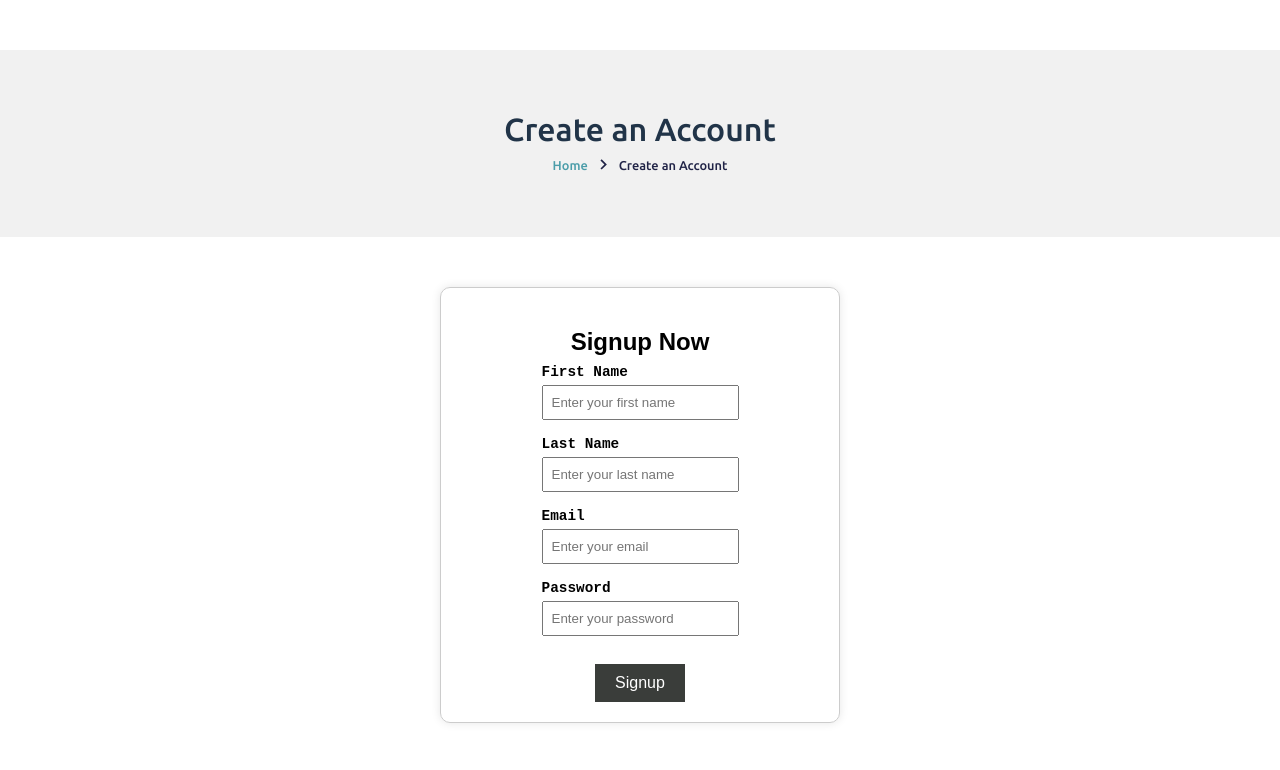
Repository: jkvekariya/Online-store-Management
Page: /auth/signup (app in frontend/client/)
An editor plug-in stored every save of this project. The page is shown before and after the next save, followed by the edit.
The browser window is 1280 px wide. The pictures show the whole page.
Some web fonts or font styles are not loaded; a fallback is used. The project was rebuilt for these pictures with package versions that can differ from the ones it lists, and the page was loaded fresh each time. Also part of the build but not shown: frontend/client/vite.config.js, frontend/client/src/css/header.css, frontend/client/src/css/sidebar.css, frontend/client/src/components/Sidebar.jsx, frontend/client/src/context/CartContext.jsx, frontend/client/src/components/Header.jsx, frontend/client/src/css/footer.css, frontend/client/src/components/Footer.jsx and 11 more.

Above is the page before, as saved 2026-01-02 13:49:26.

### frontend/client/index.html
<!doctype html>
<html lang="en">
  <head>
    <meta charset="UTF-8" />
    <link rel="icon" type="image/svg+xml" href="/vite.svg" />
    <meta name="viewport" content="width=device-width, initial-scale=1.0" />
    <title>Online Store Management System</title>
  </head>
  <body>
    <div id="root"></div>
    <script type="module" src="/src/main.jsx"></script>
  </body>
</html>

### frontend/client/src/main.jsx
import React from 'react'
import ReactDOM from 'react-dom/client'
import { BrowserRouter } from 'react-router-dom'
import App from './App.jsx'
import './index.css'

ReactDOM.createRoot(document.getElementById('root')).render(
  <React.StrictMode>
    <BrowserRouter>
      <App />
    </BrowserRouter>
  </React.StrictMode>,
)

### frontend/client/src/App.jsx
import { Routes, Route } from "react-router-dom";

import AuthLayout from "./layout/AuthLayout";
import UserLayout from "./layout/UserLayout";
import AdminLayout from "./layout/AdminLayout";

import Login from "./pages/auth/Login";
import Signup from "./pages/auth/Signup";
import Home from "./pages/user/Home";
import Dashboard from "./pages/admin/Dashboard";
import Contact from "./pages/user/Contact";
import About from "./pages/user/About";
import Services from "./pages/user/Services";
import Shop from "./pages/user/Shop";

function App() {
  return (
    <Routes>

      {/* AUTH ROUTES */}
      <Route path="/auth" element={<AuthLayout />}>
        <Route path="login" element={<Login />} />
        <Route path="signup" element={<Signup />} />
      </Route>

      {/* USER ROUTES */}
      <Route path="/" element={<UserLayout />}>
        <Route index element={<Home />} />
        <Route path="pages/user/contact" element={<Contact />} />
        <Route path="pages/user/about" element={<About />} />
        <Route path="pages/user/services" element={<Services />} />
        <Route path="pages/user/shop" element={<Shop />} />
      </Route>

      {/* ADMIN ROUTES */}
      <Route path="/admin" element={<AdminLayout />}>
        <Route path="dashboard" element={<Dashboard />} />
      </Route>

    </Routes>
  );
}

export default App;

### frontend/client/src/index.css
* {
  margin: 0;
  padding: 0;
  box-sizing: border-box;
}

#root {
  min-height: 100vh;
}

### frontend/client/src/layout/AuthLayout.jsx
import { Outlet } from "react-router-dom";

const AuthLayout = () => {
  return (
    <div>
      {/* <h2>Auth Section</h2> */}
      <Outlet />
    </div>
  );
};

export default AuthLayout;

### frontend/client/src/pages/auth/Signup.jsx
import React, { useState } from 'react'
import "../../css/signup.css"
import Bodyheader from '../../components/BodyHeader';

const Signup = () => {

    const [email,setEMail] = useState("");
    const [password,setPassword] = useState("");
    const [firstName,setFirstName] = useState("");
    const [lastName,setLastName] = useState("");

  return (
    <>
    <Bodyheader title="Create an Account" />
    <div className='main-container'>
      <h2>Signup Now</h2>
      <div className='first-name-box'>
            <label htmlFor="text">First Name</label>
            <input type="text"
            id="first-name"
            value={firstName}
            onChange={(e) => setFirstName(e.target.value)}
            placeholder='Enter your first name'
            />
        </div>
        <div className='last-name-box'>
            <label htmlFor="text">Last Name</label>
            <input type="text"
            id="last-name"
            value={lastName}
            onChange={(e) => setLastName(e.target.value)}
            placeholder='Enter your last name'
            />
        </div>
        <div className='email-box'>
            <label htmlFor="email">Email</label>
            <input type="email"
            id="email"
            value={email}
            onChange={(e) => setEMail(e.target.value)}
            placeholder='Enter your email'
            />
        </div>
        <div className='password-box'>
            <label htmlFor="password">Password</label>
            <input type="password"
            id="password"
            value={password}
            onChange={(e) => setPassword(e.target.value)}
            placeholder='Enter your password'
            />
        </div>
      <div className='btn'>
            <button onClick={() => {}}>Signup</button>
      </div>
    </div>
    </>
  )
}

export default Signup

### frontend/client/src/css/login.css
.main-container{
    width: 400px;
    margin: auto;
    border: 1px solid #ccc;
    padding: 20px;
    border-radius: 10px;
    box-shadow: 0 0 10px rgba(0, 0, 0, 0.1);
    margin-top: 50px;
    font-family: Arial, sans-serif;
    display: flex;
    justify-content: center;
    align-items: center;
    flex-direction: column;
}

label{
    font-size: 0.9rem;
    display: block;
    font-family: 'Courier New', Courier, monospace;
    font-weight: 700;
    /* margin-bottom: 5px; */
}

.main-container .email-box,.password-box{
 margin: 0.5rem 0;
}

input{
    padding: 8px;
    width: 100%;
    margin-top: 5px;
}

.main-container h2{
    text-align: center;
    margin-top: 20px;
}

.btn{
    width: 100%;
    text-align: center;
}

button{
    margin-top: 20px;
    padding: 10px 20px;
    font-size: 16px;
    cursor: pointer;
    background-color: #3a3d3a;
    color: white;
    border: none;
}

### frontend/client/src/css/signup.css
.main-container{
    width: 400px;
    /* margin: auto; */
    border: 1px solid #ccc;
    padding: 20px;
    border-radius: 10px;
    box-shadow: 0 0 10px rgba(0, 0, 0, 0.1);
    margin-top: 50px;
    font-family: Arial, sans-serif;
    display: flex;
    justify-content: center;
    align-items: center;
    flex-direction: column;
}

label{
    font-size: 0.9rem;
    display: block;
    font-family: 'Courier New', Courier, monospace;
    font-weight: 700;
    /* margin-bottom: 5px; */
}

.main-container .email-box,.password-box,.first-name-box,.last-name-box{
 margin: 0.5rem 0;
}

input{
    padding: 8px;
    width: 100%;
    margin-top: 5px;
}

.main-container h2{
    text-align: center;
    margin-top: 20px;
}

.btn{
    width: 100%;
    text-align: center;
}

button{
    margin-top: 20px;
    padding: 10px 20px;
    font-size: 16px;
    cursor: pointer;
    background-color: #3a3d3a;
    color: white;
    border: none;
}

### frontend/client/src/components/BodyHeader.jsx
import "../css/bodyheader.css"
import {Link} from 'react-router-dom'
import { MdKeyboardArrowRight } from "react-icons/md";

const Bodyheader = ({title}) => {
  return (
    <>
        <div className="b-header-bg">
            <div className="page-title">
                <h2>{title}</h2>
                <div className="ul-links">
                <ul>
                    <li id="home-link">
                        <Link to='/'>Home</Link>
                    </li>
                       <li><MdKeyboardArrowRight/></li>
                    <li>
                        <Link to=''>{title}</Link>
                    </li>
                </ul>
                </div>
            </div>
        </div>
    </>
  )
}

export default Bodyheader;

### frontend/client/src/css/bodyheader.css
@import url('https://fonts.googleapis.com/css2?family=BBH+Bartle&family=Nunito:ital,wght@0,200..1000;1,200..1000&family=Ubuntu:ital,wght@0,300;0,400;0,500;0,700;1,300;1,400;1,500;1,700&display=swap');

* {
    padding: 0;
    margin: 0;
    box-sizing: border-box;
  }

:root {
    --background-color: #e6e6e68e;
    --header-text-color: #213448;
    --home-link-color: #4B9DA9;
    --title-color: #212447;
    --title-hover-color: #547792;
}

  .b-header-bg {
    margin-top: 50px;
    height: 26vh;
    width: 100vw;
    /* background-color: aqua; */
    background: var(--background-color);
    /* background-blend-mode: darken; */
    /* background-size: cover; */
    /* background-repeat: no-repeat; */
    /* background-position: center; */
    /* background-position-y: 56%; */
    display: flex;
    justify-content: center;
    align-items: center;
  }

  .b-header-bg .page-title {
    height: 10rem;
    width: 20rem;
    display: grid;
    place-items: center;
    align-content: center;
  }

  .b-header-bg .page-title h2 {
    font-size: 2rem;
    margin-bottom: 5px;
    color: var(--header-text-color);
    font-family: "Ubuntu", sans-serif;
    font-weight: 500;
    font-style: normal;
    position: relative;
    z-index: 100;
  }

   .b-header-bg .page-title .ul-links ul{
    /* height: 4rem; */
    width: 10rem;
    display: flex;
    justify-content: center;
    align-items: center;
    gap:0;
  }

  .b-header-bg .page-title .ul-links ul #home-link a {
    color: var(--home-link-color);
  }


  .b-header-bg .page-title .ul-links ul li{
    /* height: 2rem; */
    display: flex;
    justify-content: center;
    align-items: center;
  }

  .b-header-bg .page-title .ul-links ul li svg{
      font-size: 1.3rem;
      color: var(--title-color);
  }

  .b-header-bg .page-title .ul-links ul li a{
    width: max-content;
    text-decoration: none;
    padding: 5px;
    color: var(--title-color);
    font-family: "Ubuntu", sans-serif;
    font-weight: 450;
    font-style: normal;
    font-size: 0.8rem;
    font-style: normal;
  }

  .b-header-bg .page-title .ul-links ul li a:hover{
      color: var(--title-hover-color);
  }

Loaded but not shown: frontend/client/src/css/header.css (no copy from this time; the picture is the same without it)

After the next save:
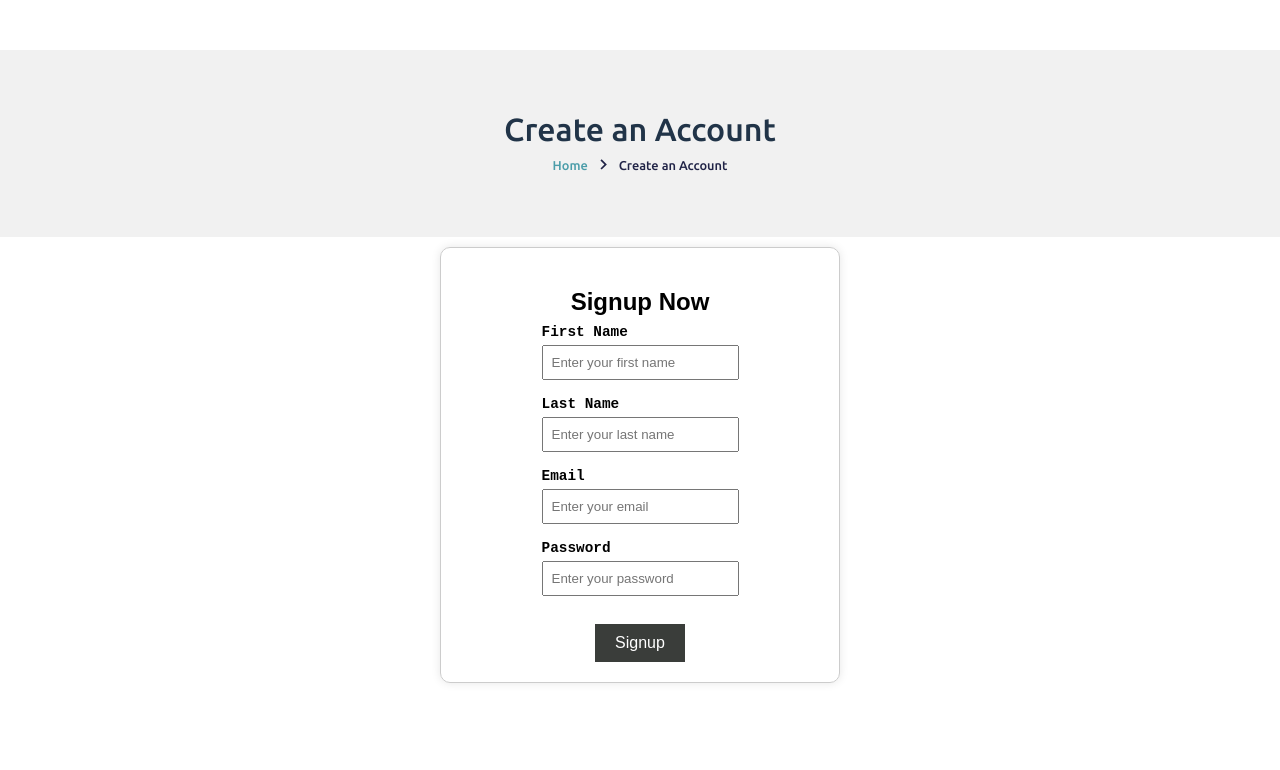
Saved 43 s later.
--- a/frontend/client/src/css/signup.css
+++ b/frontend/client/src/css/signup.css
@@ -5,7 +5,7 @@
     padding: 20px;
     border-radius: 10px;
     box-shadow: 0 0 10px rgba(0, 0, 0, 0.1);
-    margin-top: 50px;
+    margin-top: 10px;
     font-family: Arial, sans-serif;
     display: flex;
     justify-content: center;
